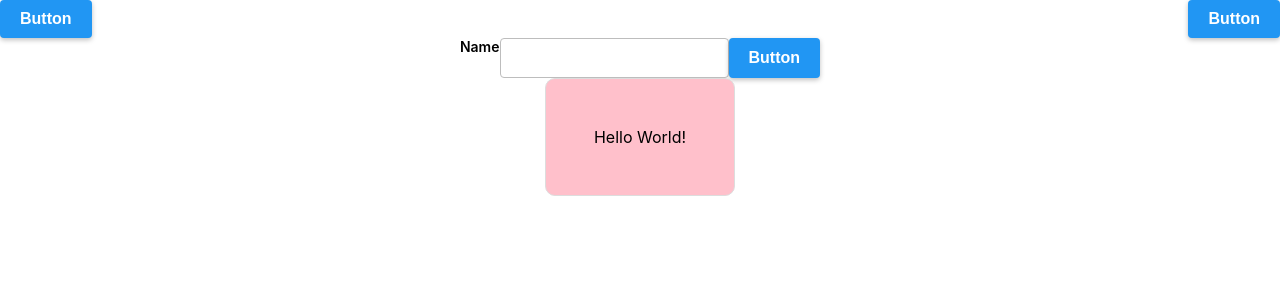
Repository: roistyx/react
Page: /layouts (app in layouts-app/)
An editor plug-in stored every save of this project. The page is shown before and after the next save, followed by the edit.
The browser window is 1280 px wide. The pictures show the whole page.
The project was rebuilt for these pictures with package versions that can differ from the ones it lists, and the page was loaded fresh each time.

Above is the page before, as saved 2023-04-27 10:52:06.

### layouts-app/src/App.js
import React from 'react';
import { Between } from './layouts/Line';
import { Btn } from './elements/Btn';
import { Rows } from './layouts/Line';
import SearchField from './elements/TextField';
import { AlignCenter } from './layouts/Line';
import { Box } from './layouts/Box';

export default function App() {
	return (
		<div>
			<Between>
				<Btn>Button</Btn>
				<Btn>Button</Btn>
			</Between>
			<Rows>
				<AlignCenter>
					<SearchField />
				</AlignCenter>
			</Rows>
			<Rows>
				<AlignCenter>
					<Box bgColor="pink" borderRadius="10px" gap="3rem">
						<span>Hello World!</span>
					</Box>
				</AlignCenter>
			</Rows>
		</div>
	);
}

### layouts-app/src/layouts/Line.js
import './Line.css';

export const Line = ({ children, addClass }) => {
	return <div className={`Line ${addClass || ''}`}>{children}</div>;
};

export const Between = (props) => {
	return <Line {...props} addClass="between" />;
};

export const Center = (props) => {
	return <Line {...props} addClass="center" />;
};

export const Rows = (props) => {
	return <Line {...props} addClass="rows" />;
};

export const AlignStart = ({ children }) => {
	return <div className="AlignStart">{children}</div>;
};

export const AlignCenter = ({ children }) => {
	return <div className="AlignCenter">{children}</div>;
};

### layouts-app/src/elements/Btn.js
import { Button } from '@mui/material';
import './Btn.css';
export const Btn = ({ children }) => {
	return (
		<button className="Btn">
			<span>{children}</span>{' '}
		</button>
		// <Button variant="contained" color="primary">
		// 	{' '}
		// 	<span>{children}</span>{' '}
		// </Button>
	);
};

### layouts-app/src/elements/TextField.js
import '../elements/TextField.css';
import React from 'react';
import { Btn } from '../elements/Btn.js';
import { TextField } from '@mui/material';

const SearchField = () => {
	return (
		<div>
			<form class="text-field">
				<label for="name">Name</label>
				<input type="text" id="name" name="name" />
				<Btn>Button</Btn>
			</form>
		</div>
	);
};

export default SearchField;

### layouts-app/src/layouts/Box.js
import './Box.css';

export const Box = ({ bgColor, borderRadius, gap, children }) => {
	const style = {
		...(bgColor ? { '--background': bgColor } : {}),
		...(borderRadius ? { '--border-radius': borderRadius } : {}),
		...(gap ? { '--gap': gap } : {}),
	};

	return (
		<div className="Box" style={style}>
			{children}
		</div>
	);
};

### layouts-app/src/layouts/Line.css
.Line {
	display: flex;
	gap: var(--gap);
	height: 100%;
	align-items: center;
}

.Line.between {
	justify-content: space-between;
}

.Line.center {
	justify-content: center;
}

.Line.rows {
	flex-direction: column;
	align-items: stretch;
}

.AlignStart {
	align-self: flex-start;
}

.AlignCenter {
	align-self: center;
}

### layouts-app/src/elements/Btn.css
.Btn {
	display: inline-block;
	padding: 10px 20px;
	font-size: 16px;
	font-weight: 600;
	text-align: center;
	text-decoration: none;
	background-color: #2196f3;
	color: #fff;
	border-radius: 4px;
	border: none;
	cursor: pointer;
	box-shadow: 0px 2px 5px rgba(0, 0, 0, 0.25);
	transition: background-color 0.3s ease;
}
.Btn:hover {
	background-color: #0d6ec3;
}

### layouts-app/src/elements/TextField.css
.text-field {
	display: flex;
	flex-direction: row;
}

.text-field label {
	font-size: 14px;
	font-weight: 600;
	margin-bottom: 5px;
}

.text-field input {
	padding: 10px;
	font-size: 16px;
	border-radius: 4px;
	border: 1px solid #bdbdbd;
	transition: border-color 0.3s ease;
}
.text-field input:focus {
	outline: none;
	border-color: #2196f3;
}

### layouts-app/src/layouts/Box.css
:root {
	--background: green;
	--border: #ddd;
	--gap: 1rem;
	--border-radius: 0.25rem;
}

.Box {
	background-color: var(--background);
	border: 1px solid var(--border);
	padding: var(--gap);
	border-radius: var(--border-radius);
}

Loaded but not shown: layouts-app/public/index.html (common file); layouts-app/src/index.js (common file); layouts-app/src/index.css (common file); layouts-app/src/reportWebVitals.js (common file)

After the next save:
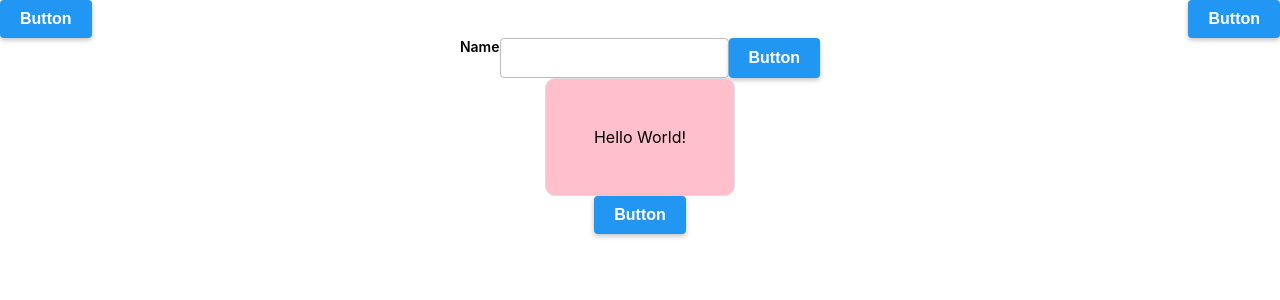
Saved 37 s later.
--- a/layouts-app/src/App.js
+++ b/layouts-app/src/App.js
@@ -5,6 +5,7 @@ import { Rows } from './layouts/Line';
 import SearchField from './elements/TextField';
 import { AlignCenter } from './layouts/Line';
 import { Box } from './layouts/Box';
+import { Center } from './layouts/Line';
 
 export default function App() {
 	return (
@@ -25,6 +26,9 @@ export default function App() {
 					</Box>
 				</AlignCenter>
 			</Rows>
+			<Center>
+				<Btn>Button</Btn>
+			</Center>
 		</div>
 	);
 }
